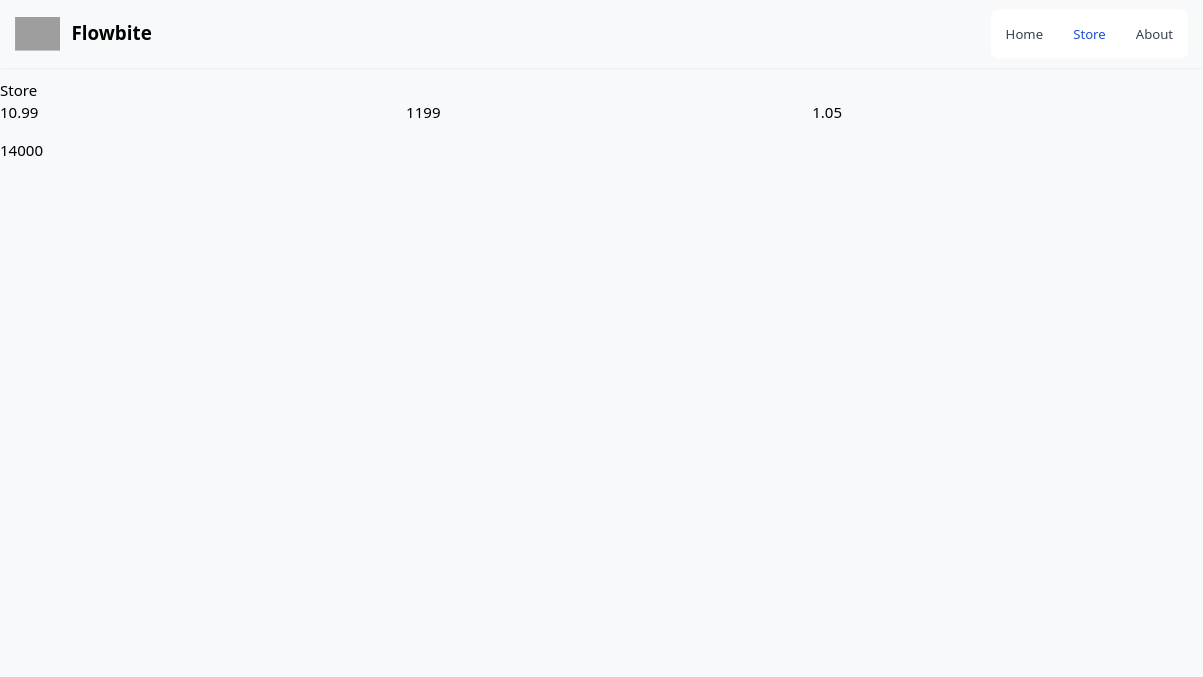
Repository: ducanhaep/react-ts-shopping-cart
Page: /store
The author's editor kept a copy of each file at every save. The page is drawn from the files as they stood at one save, then again after the next save.
The browser window is 1280 px wide. The pictures show the whole page, at 94% of full size.
Pictures or frames that could not be fetched are drawn as grey boxes. The project was rebuilt for these pictures with package versions that can differ from the ones it lists, and the page was loaded fresh each time. Also part of the build but not shown: vite.config.ts, src/pages/About.js, src/pages/Home.js.

Above is the page before, as saved 2023-01-11 19:06:58.

After the next save:
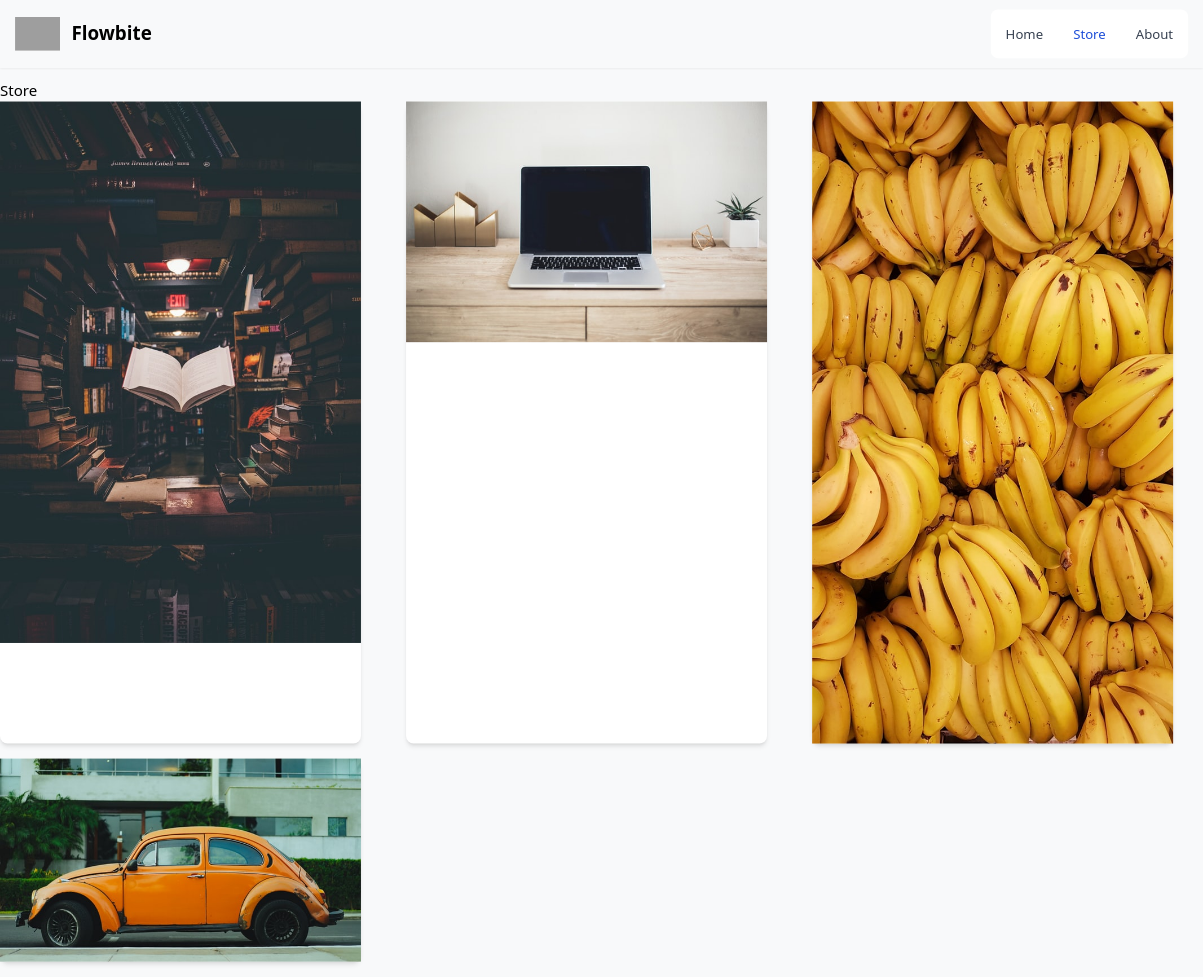
Saved 5 min 57 s later.
--- a/src/components/StoreItem.tsx
+++ b/src/components/StoreItem.tsx
@@ -1,3 +1,5 @@
+import { Link } from "react-router-dom";
+
 interface StoreItemProps {
   id: number;
   name: string;
@@ -5,5 +7,11 @@ interface StoreItemProps {
   imgUrl: string;
 }
 export function StoreItem({ id, name, price, imgUrl }: StoreItemProps) {
-  return <h1>{price}</h1>;
+  return (
+    <div className="w-full max-w-sm bg-white rounded-lg shadow-md">
+      <Link to="#">
+        <img src={imgUrl} alt="imgUrl" />
+      </Link>
+    </div>
+  );
 }
